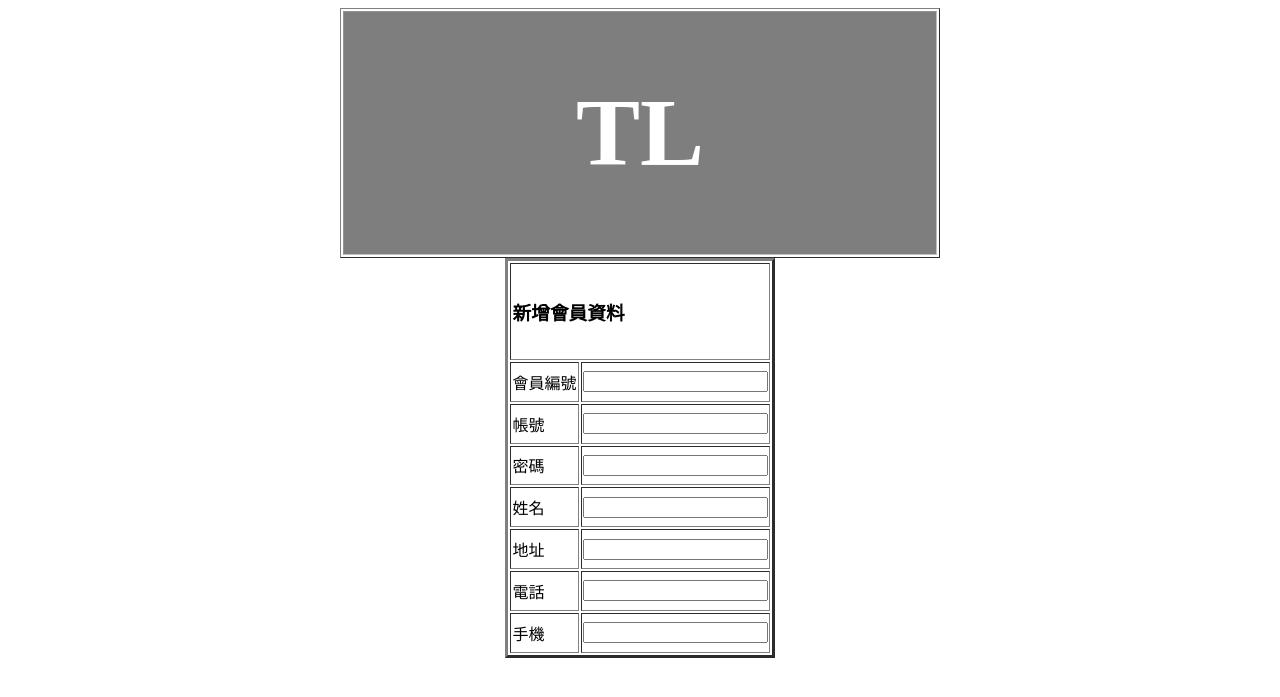
Repository: DAXMZB/Project
Page: http://localhost/SP2/addMember.jsp
These files come from the project's save history. The page is drawn as it stood at one moment and after the next save; the edit follows.
The browser window is 1280 px wide. The pictures show the whole page.
The page is served by Tomcat 9.

Above is the page before, as saved 2026-02-07 08:19:41.

After the next save:
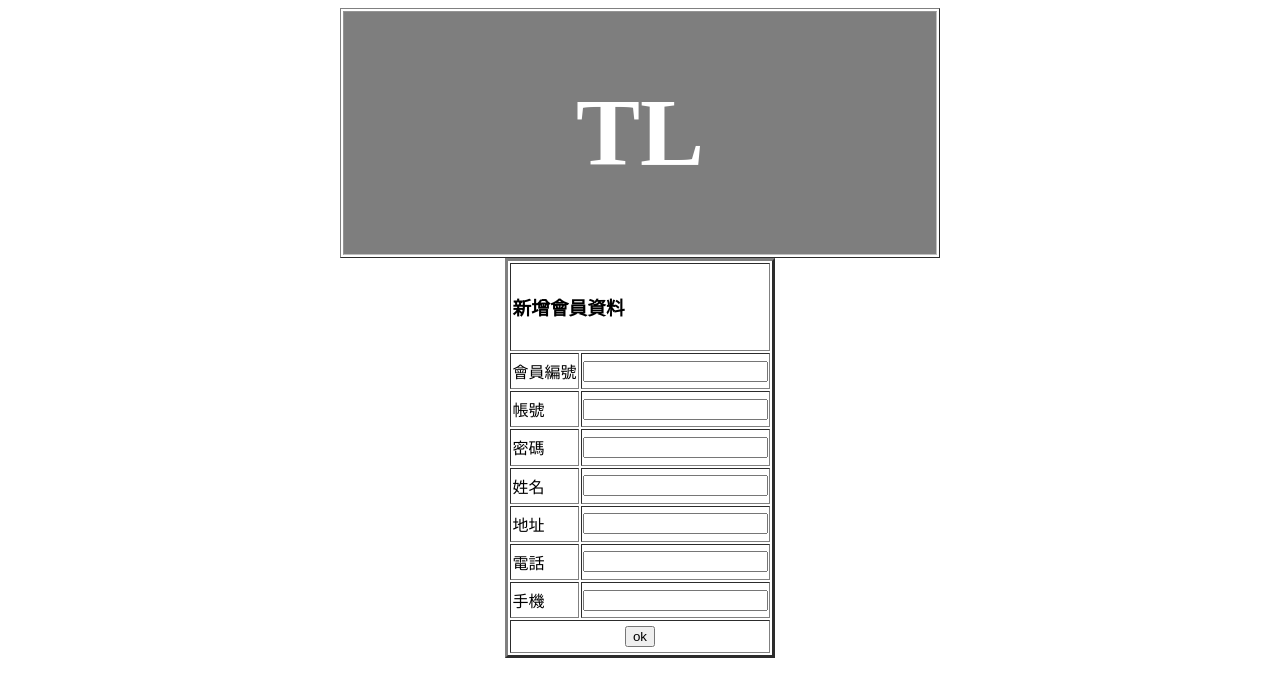
Saved 111 s later.
--- a/SP2/src/main/webapp/addMember.jsp
+++ b/SP2/src/main/webapp/addMember.jsp
@@ -41,6 +41,9 @@
 					<td>手機</td>
 					<td><input type="text" name="mobile"></td>
 				</tr>
+				<tr>
+					<td colspan=2 align=center><input type="submit" value="ok"></td>
+				</tr>
 			</table>
 		</form>
 	</table>
